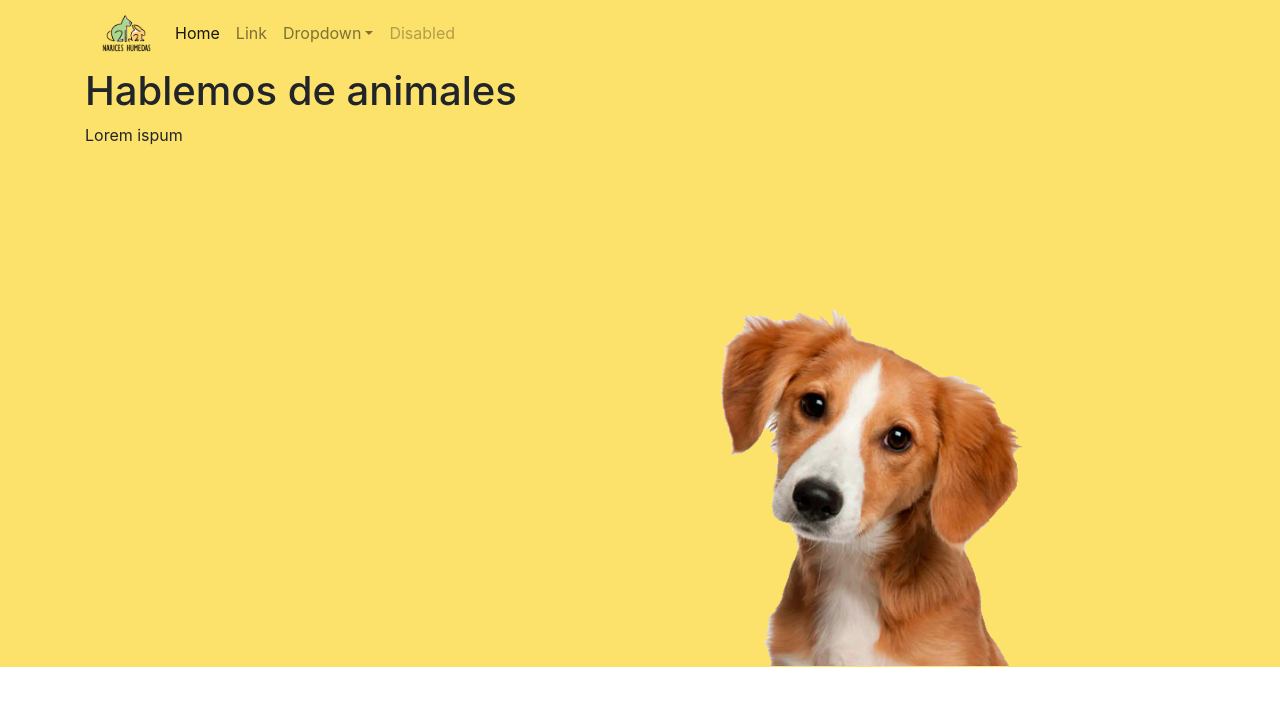
Repository: conceptorobledo/narices-react-website
Page: /
An editor plug-in stored every save of this project. The page is shown before and after the next save, followed by the edit.
The browser window is 1280 px wide. The pictures show the whole page.
The project was rebuilt for these pictures with package versions that can differ from the ones it lists, and the page was loaded fresh each time. Imported but missing from the stored project, and not drawn on this page: src/components/Logo.

Above is the page before, as saved 2018-11-04 13:00:45.

### public/index.html
<!DOCTYPE html>
<html lang="en">

<head>
  <meta charset="utf-8">
  <meta name="viewport" content="width=device-width, initial-scale=1, shrink-to-fit=no">
  <meta name="theme-color" content="#000000">
  <!--
      manifest.json provides metadata used when your web app is added to the
      homescreen on Android. See https://developers.google.com/web/fundamentals/engage-and-retain/web-app-manifest/
    -->
  <link rel="manifest" href="%PUBLIC_URL%/manifest.json">
  <link rel="shortcut icon" href="%PUBLIC_URL%/favicon.ico">
  <!--
      Notice the use of %PUBLIC_URL% in the tags above.
      It will be replaced with the URL of the `public` folder during the build.
      Only files inside the `public` folder can be referenced from the HTML.

      Unlike "/favicon.ico" or "favicon.ico", "%PUBLIC_URL%/favicon.ico" will
      work correctly both with client-side routing and a non-root public URL.
      Learn how to configure a non-root public URL by running `npm run build`.
    -->
  <title>React App</title>
</head>

<body>
  <noscript>
    You need to enable JavaScript to run this app.
  </noscript>
  <div id="root"></div>
  <!--
      This HTML file is a template.
      If you open it directly in the browser, you will see an empty page.

      You can add webfonts, meta tags, or analytics to this file.
      The build step will place the bundled scripts into the <body> tag.

      To begin the development, run `npm start` or `yarn start`.
      To create a production bundle, use `npm run build` or `yarn build`.
    -->

  <script src="https://code.jquery.com/jquery-3.3.1.slim.min.js" integrity="sha384-q8i/X+965DzO0rT7abK41JStQIAqVgRVzpbzo5smXKp4YfRvH+8abtTE1Pi6jizo"
    crossorigin="anonymous"></script>
  <script src="https://cdnjs.cloudflare.com/ajax/libs/popper.js/1.14.3/umd/popper.min.js" integrity="sha384-ZMP7rVo3mIykV+2+9J3UJ46jBk0WLaUAdn689aCwoqbBJiSnjAK/l8WvCWPIPm49"
    crossorigin="anonymous"></script>
  <script src="https://stackpath.bootstrapcdn.com/bootstrap/4.1.3/js/bootstrap.min.js" integrity="sha384-ChfqqxuZUCnJSK3+MXmPNIyE6ZbWh2IMqE241rYiqJxyMiZ6OW/JmZQ5stwEULTy"
    crossorigin="anonymous"></script>

</body>

</html>

### src/App.js
import React, { Component } from 'react';
import Header from './components/Layout/Header';
import './App.css';
import 'bootstrap/dist/css/bootstrap.css'

class App extends Component {
  render() {
    return (
      <div className="App">
        <Header />
      </div>
    );
  }
}

export default App;

### src/components/Layout/Header.js
import React from 'react';
import Hero from './Hero';
import Navbar from '../Navigation/Navbar'

import './Header.css';

const header = () => {
    return (
        <header>
            <Navbar />
            <Hero />
        </header>
    );
};

export default header;

### src/components/Layout/Hero.js
import React from 'react';
import './Hero.css';

const hero = () => {
    return (
        <section id="Hero">
            <div className="container">
                <div className="row">
                    <div className="col left">
                        <div className="justify-content-center align-items-center">
                            <h1>Hablemos de animales</h1>
                            <p>Lorem ispum  </p>
                        </div>
                    </div>
                    <div className="col background-png h-100">
                    </div>
                </div>
            </div>
        </section>
    );
};

export default hero;

### src/components/Navigation/Navbar.js
import React from 'react';
import Logo from '../Logo';

import './Navbar.css'

const navbar = () => {
    return (
        <div className="container Navbar">
            <nav className="navbar navbar-expand-lg navbar-light ">
                <a className="navbar-brand order-md-0" href="#"> <img src="logo.png"/></a>
                <button className="navbar-toggler" type="button" data-toggle="collapse" data-target="#navbarSupportedContent" aria-controls="navbarSupportedContent" aria-expanded="false" aria-label="Toggle navigation">
                    <span className="navbar-toggler-icon"></span>
                </button>

                <div className="collapse navbar-collapse" id="navbarSupportedContent">
                    <ul className="navbar-nav mr-auto">
                        <li className="nav-item active">
                            <a className="nav-link" href="#">Home <span className="sr-only">(current)</span></a>
                        </li>
                        <li className="nav-item">
                            <a className="nav-link" href="#">Link</a>
                        </li>
                        <li className="nav-item dropdown">
                            <a className="nav-link dropdown-toggle" href="#" id="navbarDropdown" role="button" data-toggle="dropdown" aria-haspopup="true" aria-expanded="false">
                                Dropdown
                    </a>
                            <div className="dropdown-menu" aria-labelledby="navbarDropdown">
                                <a className="dropdown-item" href="#">Action</a>
                                <a className="dropdown-item" href="#">Another action</a>
                                <div className="dropdown-divider"></div>
                                <a className="dropdown-item" href="#">Something else here</a>
                            </div>
                        </li>
                        <li className="nav-item">
                            <a className="nav-link disabled" href="#">Disabled</a>
                        </li>
                    </ul>
                </div>
            </nav>
        </div>
    );
};

export default navbar;

### src/components/Layout/Header.css
header {
    background-color:#FCE26B;
}

### src/components/Layout/Hero.css


section .container
.row {
    height: 600px;
}

.left {
    text-align:left;
}

.col.background-png {
    background: url("perro-mestizo.png") no-repeat 25% bottom;
    background-size: 60%;
}

### src/components/Navigation/Navbar.css
.navbar-brand img {
    width:50px;
}

Loaded but not shown: src/index.js (common file); src/index.css (common file); src/registerServiceWorker.js (common file); src/App.css (common file)

After the next save:
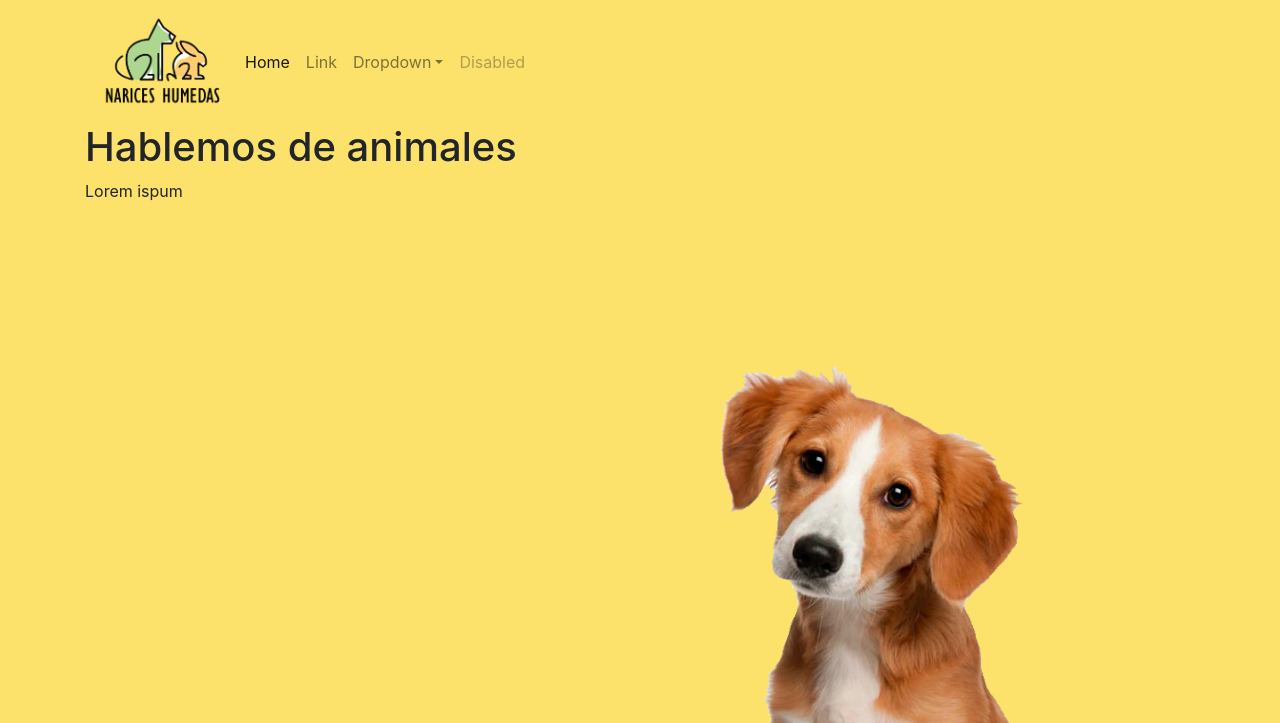
Saved 53 s later.
--- a/src/components/Navigation/Navbar.css
+++ b/src/components/Navigation/Navbar.css
@@ -1,3 +1,3 @@
 .navbar-brand img {
-    width:50px;
+    width:120px;
 }
